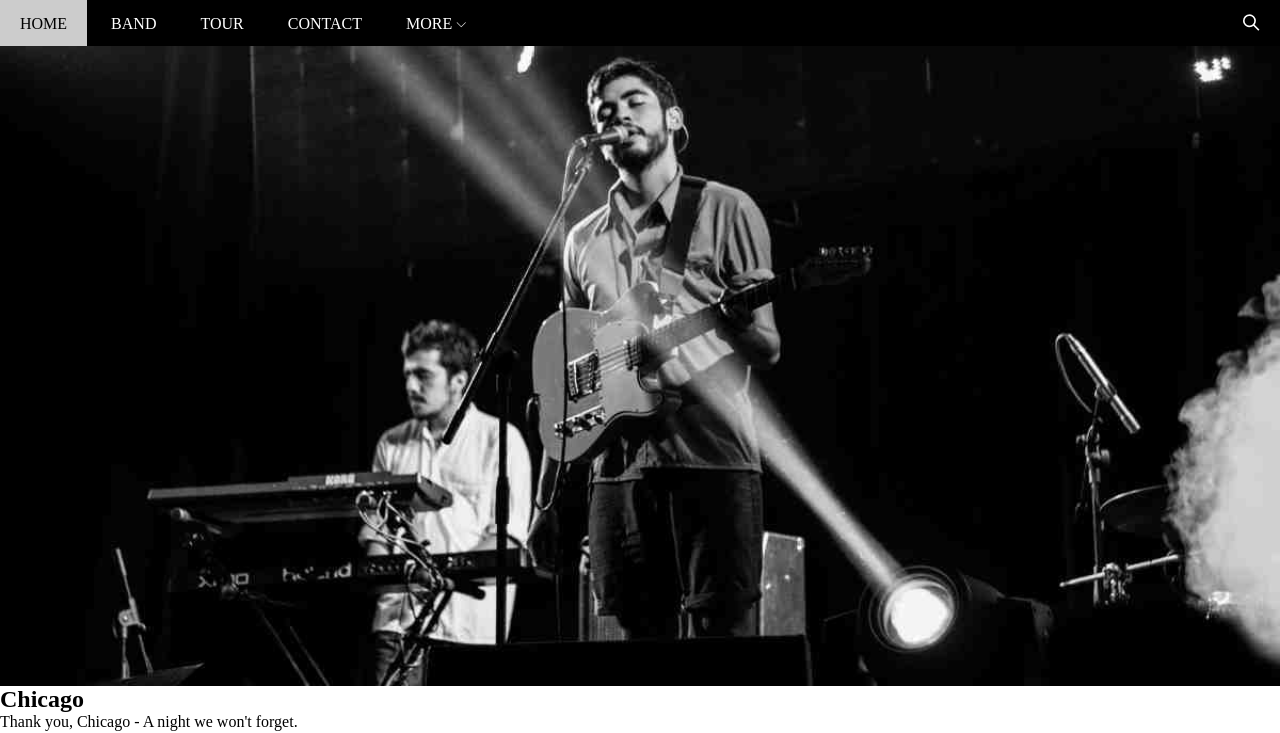
Repository: Dino0411/Dino0411.github.io
Page: index.html
The author's editor kept a copy of each file at every save. The page is drawn from the files as they stood at one save, then again after the next save.
The browser window is 1280 px wide. The pictures show the whole page.

Above is the page before, as saved 2021-10-04 00:05:19.

### index.html
<!DOCTYPE html>
<html lang="en">
<head>
    <meta charset="UTF-8">
    <meta http-equiv="X-UA-Compatible" content="IE=edge">
    <meta name="viewport" content="width=device-width, initial-scale=1.0">
    <link rel="stylesheet" href="./assets/css/style.css">
    <link rel="stylesheet" href="./assets/fonts/themify-icons/themify-icons.css">
    <title>Document</title>
</head>
<body>
    <div id="main">
        <!-- TODO:header -->
        <div id="header">
            <!-- TODO:begin nav -->
            <ul id="nav">
                <li><a href="">Home</a></li>
                <li><a href="">Band</a></li>
                <li><a href="">Tour</a></li>
                <li><a href="">Contact</a></li>
                <li>
                    <a href="">
                        More
                        <i class="nav-arrow-down ti-angle-down"></i>
                    </a>
                    <ul class="subnav">
                        <li><a href="">Merchandise</a></li>
                        <li><a href="">Extras</a></li>
                        <li><a href="">Media</a></li>
                    </ul>
                </li>
            </ul>
            <!-- TODO:end nav -->

            <!-- TODO:begin search -->
            <div class="search-bth">
                <i class="search-icon  ti-search"></i>
            </div>
            <!-- TODO:end search -->
        </div>
        <!-- TODO:slider -->
        <div id="slider">
            <div class="text-content">
                <h2 class="text-heading">Chicago</h2>
                <div class="text-description">Thank you, Chicago - A night we won't forget.</div>
            </div>
        </div>
        <!-- TODO:content -->
        <div id="content">

        </div>
        <!-- TODO:footer -->
        <div id="footer">

        </div>
    </div>
</body>
</html>

### assets/css/style.css
/* ! reser css
    ! Emmet(p0;m0)
*/
* {
  margin: 0;
  padding: 0;
  box-sizing: border-box;
}

html {
  font-family: cursive;
}
/* TODO:start
TODO: từ ngoài vào trong
TODO: từ trên xuống dưới
TODO:tổng quan đến chi tiết
*/

/*
? vị trí
? kích thước(width,height)
? màu sắc
? kiểu dáng(kiểu chữ,...)
*/
#main {
}
#header {
  position: fixed;
  top: 0;
  left: 0;
  right: 0;
  height: 47px;
  background-color: #000;
}
#nav {
  display: inline-block;
}
#nav,
.subnav {
  list-style: none;
}
#nav > li {
  display: inline-block;
  position: relative;
}
#nav > li > a {
  color: #fff;
  text-transform: uppercase;
}
#nav li a {
  text-decoration: none;
  padding: 0px 20px;
  line-height: 47px;
}
#nav li:hover .subnav {
  display: block;
}
#nav > li:hover > a,
#nav .subnav a:hover {
  color: #000;
  background-color: #ccc;
  display: block;
}
#nav .subnav {
  display: none;
  position: absolute;
  top: 100%;
  left: 0;
  min-width: 160px;
  background-color: #fff;
  box-shadow: rgba(100, 100, 111, 0.5) 0px 7px 29px 0px;
}
#nav .subnav a {
  color: #000;
  padding: 0 12px;
  line-height: 40px;
}
#nav .nav-arrow-down {
  font-size: 10px;
}
#header .search-bth {
  float: right;
  padding: 0 21px;
}
#header .search-bth:hover {
  background-color: #f44336;
}
#header .search-icon {
  color: #fff;
  font-size: 16px;
  line-height: 46px;
  font-weight: 1000;
}
#slider {
  position: relative;
  margin-top: 46px;
  padding-top: 50%;
  background: url("/assets/img/slider/slider1.jpg") top center / cover no-repeat;
}
#slider .text-content {
  position: absolute;
  color: #000;
}
#content {
}
#footer {
}

Loaded but not shown: assets/fonts/themify-icons/themify-icons.css (common file)

After the next save:
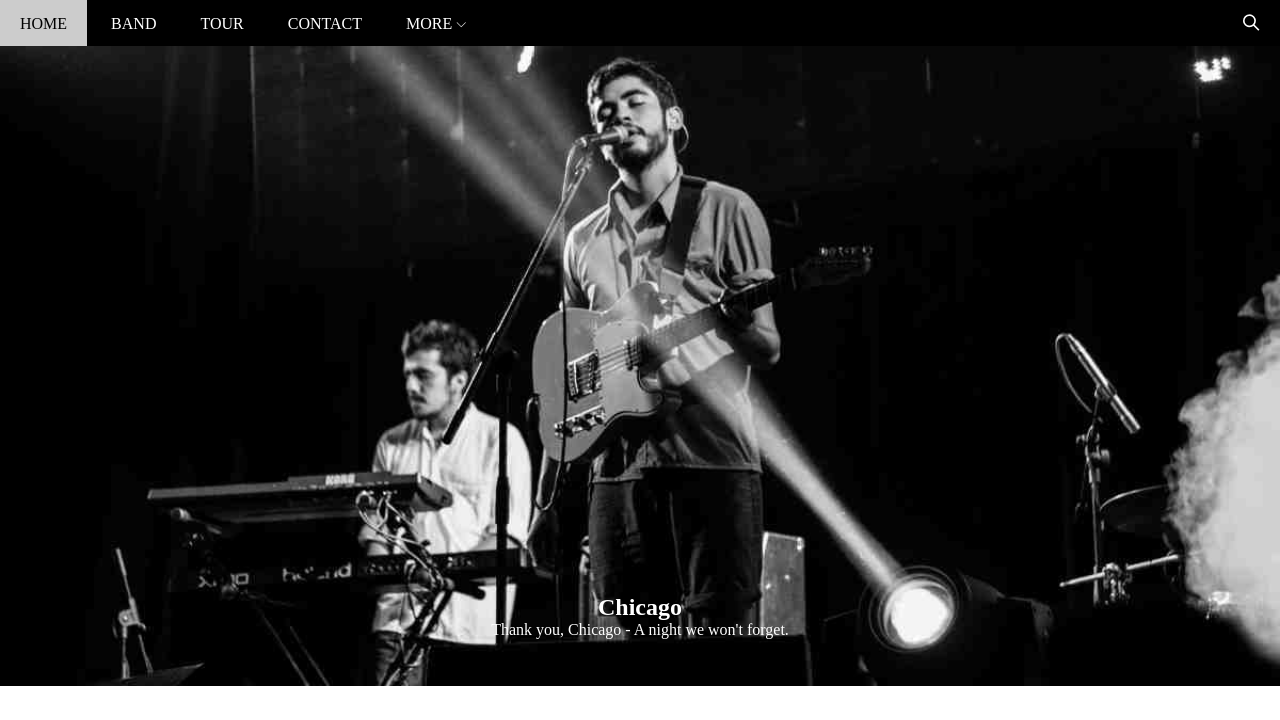
Saved 4 min 17 s later.
--- a/assets/css/style.css
+++ b/assets/css/style.css
@@ -99,7 +99,11 @@ TODO:tổng quan đến chi tiết
 }
 #slider .text-content {
   position: absolute;
-  color: #000;
+  color: #fff;
+  bottom: 47px;
+  left: 50%;
+  transform: translateX(-50%);
+  text-align: center;
 }
 #content {
 }
